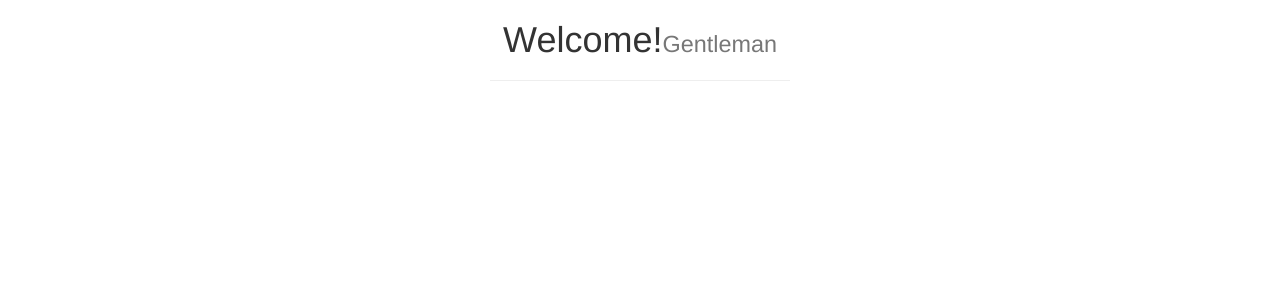
Repository: JasonBour/Beautypedia
Page: http://localhost/
An editor plug-in stored every save of this project. The page is shown before and after the next save, followed by the edit.
The browser window is 1280 px wide. The pictures show the whole page.
The page is run by PHP 8.4 with error messages shown; the project is at /var/www/html/.

Above is the page before, as saved 2015-09-13 12:23:44.

After the next save:
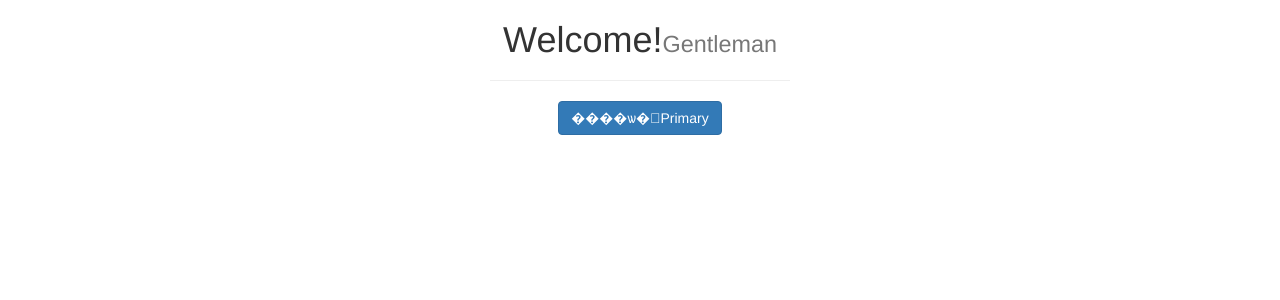
Saved 33 s later.
--- a/Beautypedia/index.php
+++ b/Beautypedia/index.php
@@ -15,7 +15,7 @@
      <HR align=center width=300 color=#987cb9 SIZE=1>
 
   <div>
-
+   <button type="button" class="btn btn-primary">（首选项）Primary</button>
 
 
   </div>
